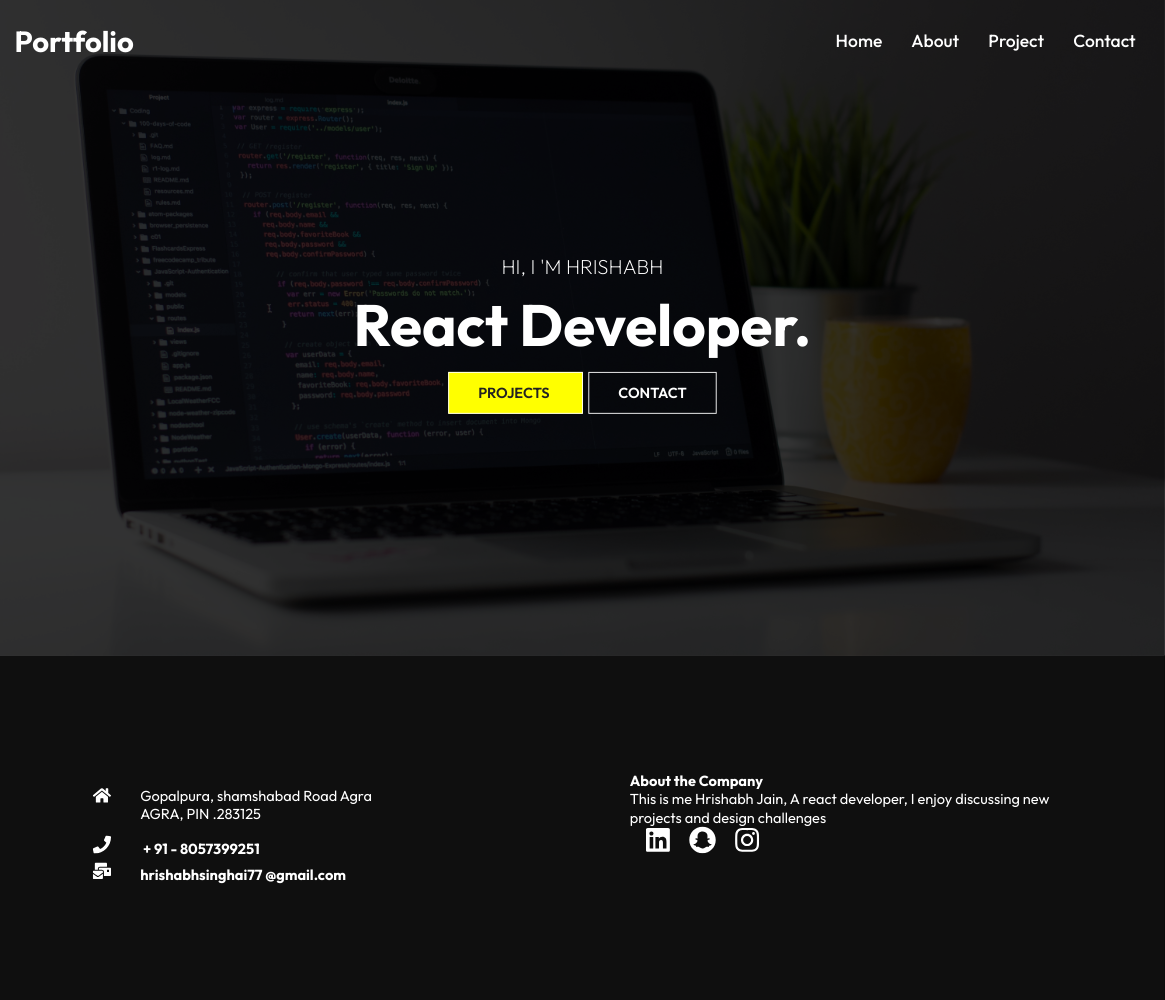
Repository: Hrishabhsinghai/Portfolio
Page: /
These files come from the project's save history. The page is drawn as it stood at one moment and after a run of saves; the edit follows.
The browser window is 1280 px wide. The pictures show the whole page, at 91% of full size.
The project was rebuilt for these pictures with package versions that can differ from the ones it lists, and the page was loaded fresh each time. Also part of the build but not shown: src/routes/About.js, src/routes/Project.js, src/routes/Contact.js.

Above is the page before, as saved 2024-01-04 16:07:53.

After the next 2 saves:
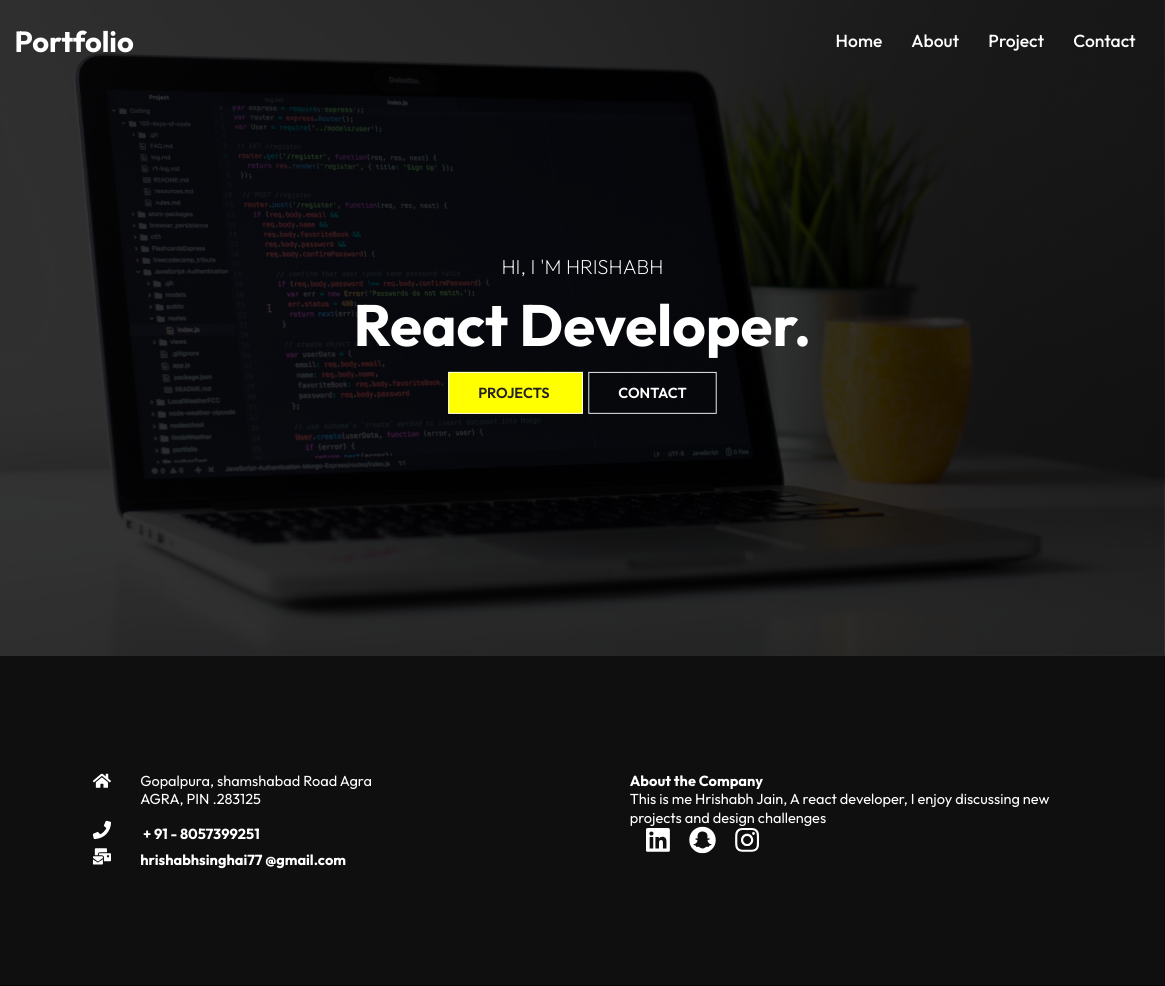
The 2 saves are shown as one change because they came seconds apart.
The last was saved 9 s later.
--- a/src/components/FooterStyles.css
+++ b/src/components/FooterStyles.css
@@ -27,7 +27,6 @@
 
 .location {
   display: flex;
-  margin-top: 1rem;
 }
 
 .phone {
